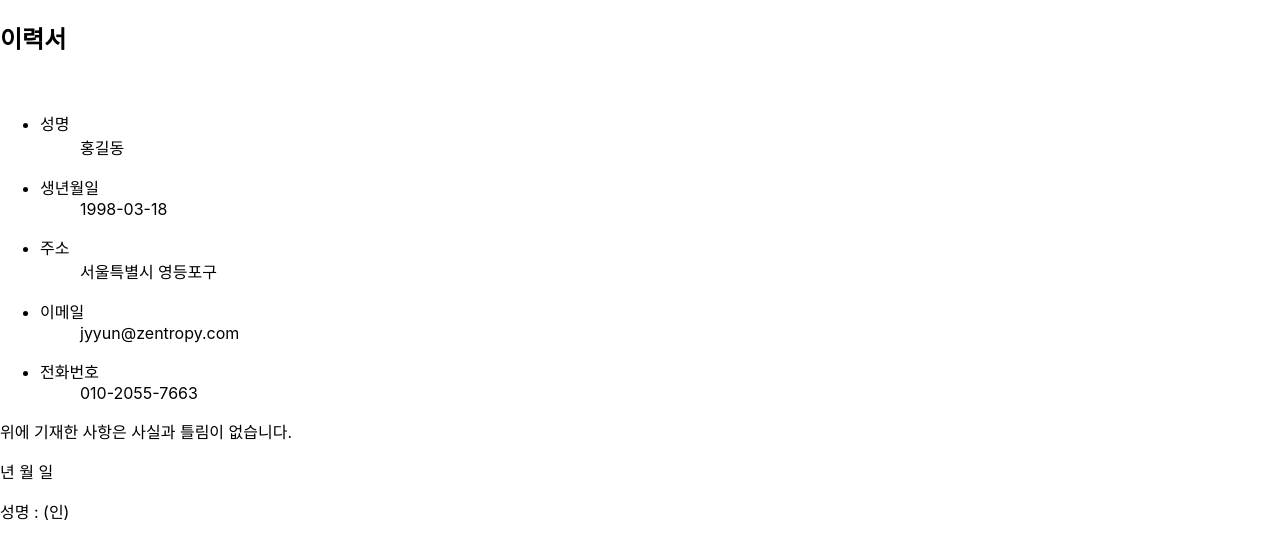
Repository: jiyeonyun/Resume
Page: / (app in resumes/)
An editor plug-in stored every save of this project. The page is shown before and after the next save, followed by the edit.
The browser window is 1280 px wide. The pictures show the whole page.
The project was rebuilt for these pictures with package versions that can differ from the ones it lists, and the page was loaded fresh each time. Also part of the build but not shown: resumes/src/App.module.css.

Above is the page before, as saved 2022-05-25 14:41:19.

After the next save:
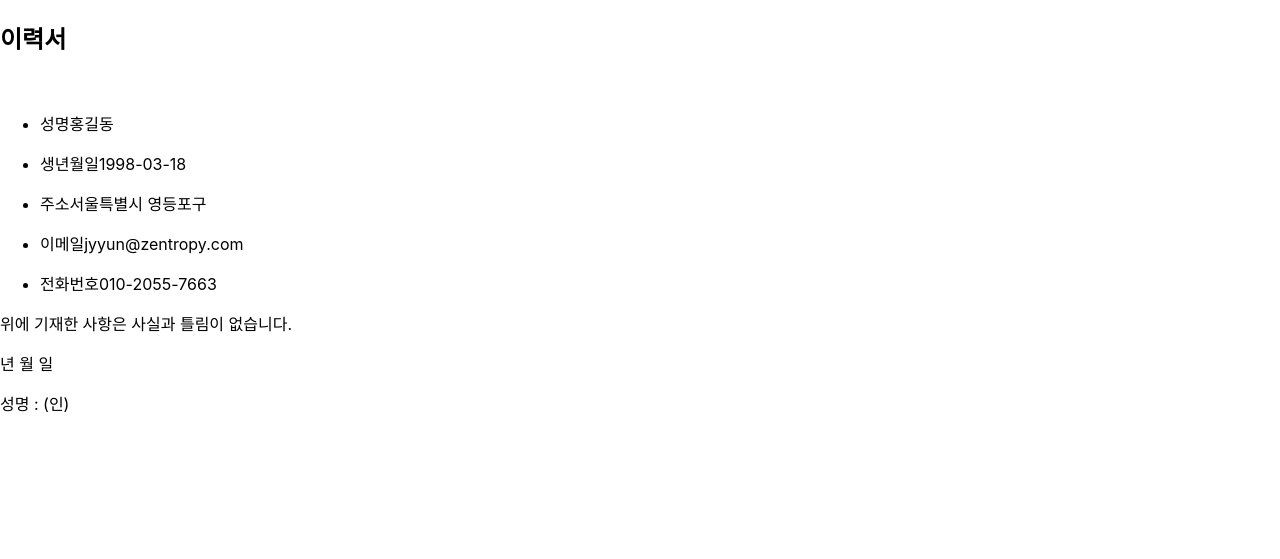
Saved 24 s later.
--- a/resumes/src/components/personalInfo/personalInfo.jsx
+++ b/resumes/src/components/personalInfo/personalInfo.jsx
@@ -9,33 +9,32 @@ const PersonalInfo = ({ personalInfoData }) => {
       <div>
         <ul>
           <li>
-            <dt>성명</dt>
-            <dd>{personalInfoData.name}</dd>
+            <span>성명</span>
+            <span>{personalInfoData.name}</span>
           </li>
         </ul>
         <ul>
           <li>
-            <dt>생년월일</dt>
-            <dd>{personalInfoData.birth}</dd>
+            <span>생년월일</span>
+            <span>{personalInfoData.birth}</span>
           </li>
         </ul>
         <ul>
           <li>
-            <dt>주소</dt>
-            <dd>{personalInfoData.adress}</dd>
+            <span>주소</span>
+            <span>{personalInfoData.adress}</span>
           </li>
         </ul>
         <ul>
           <li>
-            <dt>이메일</dt>
-            <dd>{personalInfoData.email}</dd>
+            <span>이메일</span>
+            <span>{personalInfoData.email}</span>
           </li>
         </ul>
         <ul>
           <li>
-            {" "}
-            <dt>전화번호</dt>
-            <dd>{personalInfoData.number}</dd>
+            <span>전화번호</span>
+            <span>{personalInfoData.number}</span>
           </li>
         </ul>
       </div>
